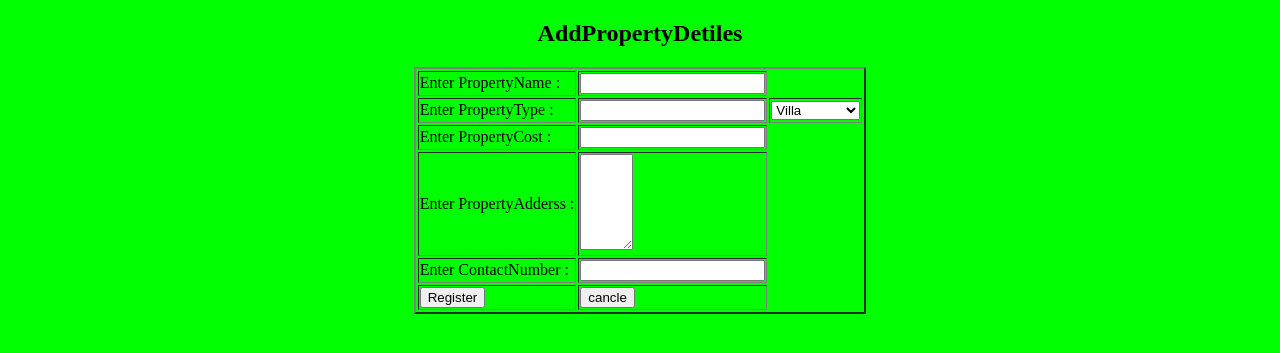
Repository: khadri2021/A2023_Task_Property_Management
Page: http://localhost/AdderssMakersWeb/Add.jsp
These files come from the project's save history. The page is drawn as it stood at one moment and after the next save; the edit follows.
The browser window is 1280 px wide. The pictures show the whole page.
The page is served by Tomcat 9. Other server files are loaded and not shown.

Above is the page before, as saved 2024-02-11 11:46:17.

### AdderssMakersWeb/WebContent/Add.jsp
<%@ page language="java" contentType="text/html; charset=ISO-8859-1"
    pageEncoding="ISO-8859-1"%>
<!DOCTYPE html>
<html>
<head>
<meta charset="ISO-8859-1">
<title>ADD PropertyDetiles</title>
</head>
<body bgcolor ="#00FF00">
<dev align=center>
 <h2>AddPropertyDetiles</h2>
 </dev>
 <center>
<table border="2">
<tr>
<td>Enter PropertyName :</td>
<td><input type="text" name="ProName"></td>

</tr>
<tr>
<td>Enter PropertyType :</td>
<td><input type="text" name="ProType"></td>
<td>
<select name="Types">
<option value="Villa">Villa
<option value="Gesthouse">GestHouse
<option value="Villa">Villa
<option value="Villa">Villa
<option value="House">House
</td>



</select>






</td>
</tr>
<tr>
<td>Enter PropertyCost :</td>
<td><input type="text" name="ProCost"></td>
</tr>
<tr>
<td>Enter PropertyAdderss :</td>
<td><textarea rows="6" cols="4"></textarea></td>
</tr>
<tr>
<td>Enter ContactNumber :</td>
<td><input type="number" name="con"></td>
</tr>
<tr><td> <input type="button" value="Register"></td><td> <input type="button" value="cancle"></td></tr>


</table>
</center>
</body>
</html>

After the next save:
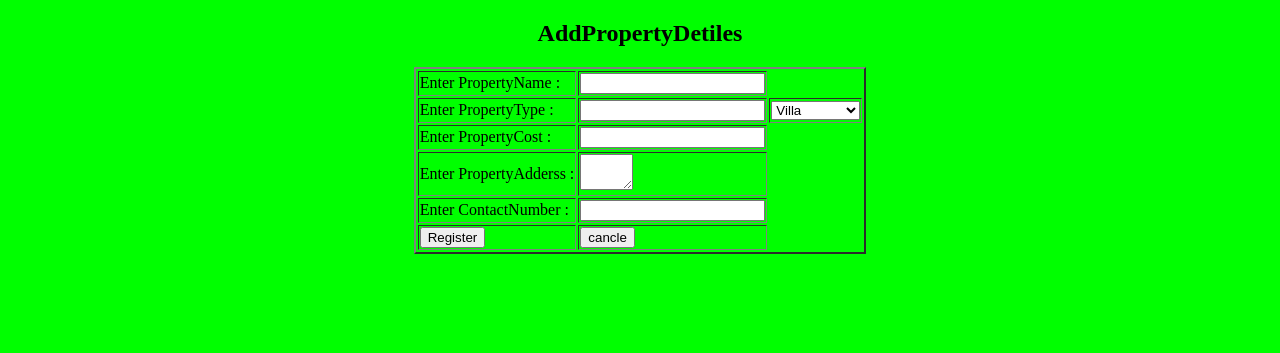
Saved 21 s later.
--- a/AdderssMakersWeb/WebContent/Add.jsp
+++ b/AdderssMakersWeb/WebContent/Add.jsp
@@ -46,7 +46,7 @@
 </tr>
 <tr>
 <td>Enter PropertyAdderss :</td>
-<td><textarea rows="6" cols="4"></textarea></td>
+<td><textarea rows="2" cols="4"></textarea></td>
 </tr>
 <tr>
 <td>Enter ContactNumber :</td>
